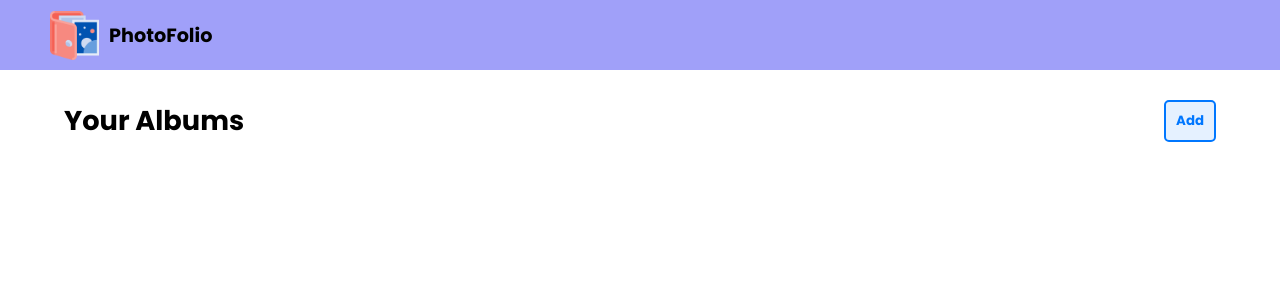
Repository: sourabhsinghyadav001/photo-folio
Page: /
These files come from the project's save history. The page is drawn as it stood at one moment and after the next save; the edit follows.
The browser window is 1280 px wide. The pictures show the whole page.
The page's requests for data from a server got no answer. The project was rebuilt for these pictures with package versions that can differ from the ones it lists, and the page was loaded fresh each time. No one was signed in, and anything a server would have sent is missing. Also part of the build but not shown: src/components/Input.module.css, src/components/Input.js.

Above is the page before, as saved 2023-05-27 21:30:41.

### src/App.js
import "./styles/global.css";
import Router from "./components/Router";
import { useSelector } from "react-redux";

function App() {
  const page = useSelector((state) => state.router);
  console.log(page);
  return <Router page={page} />;
}

export default App;

### src/store/index.js
import { createSlice, configureStore } from "@reduxjs/toolkit";
const routerSliceInitialState = { url: "HOME", album: "", image: "" };
const routerSlice = createSlice({
  name: "router",
  initialState: routerSliceInitialState,
  reducers: {
    gotoPage(state, { payload }) {
      return payload;
    },
  },
});
const gallerySlice = createSlice({
  name: "gallery",
  initialState: [],
  reducers: {
    setGallery(state, { payload }) {
      return payload;
    },
  },
});
const store = configureStore({
  reducer: {
    router: routerSlice.reducer,
    gallery: gallerySlice.reducer,
  },
});
const routerActions = routerSlice.actions;
const galleryActions = gallerySlice.actions;
export { routerActions, galleryActions, store };

### src/styles/global.css
@import url("https://fonts.googleapis.com/css2?family=Poppins:wght@700&display=swap");
* {
  margin: 0;
  padding: 0;
  font-family: "Poppins", sans-serif;
}

### src/components/Router.js
import Navbar from "./Navbar";
import Gallery from "./Gallery";
import AlbumForm from "./AlbumForm";
export default function Router({ page: { url, album, image } }) {
  switch (url) {
    case "HOME":
      return (
        <>
          <Navbar />
          <AlbumForm />
          <Gallery />
        </>
      );
  }
}

### src/components/Navbar.js
import { useDispatch } from "react-redux";
import classes from "./Navbar.module.css";
import { routerActions } from "../store";
export default function Navbar() {
  const dispatch = useDispatch();
  return (
    <div
      className={classes.container}
      onClick={() => {
        dispatch(routerActions.gotoPage("HOME"));
      }}
    >
      <img src="/logo.png" alt="PhotoFolio Logo"></img>
      <span className={classes.logo}>PhotoFolio</span>
    </div>
  );
}

### src/components/Gallery.js
import { useEffect } from "react";
import { db } from "../firebaseSettings";
import { collection, onSnapshot } from "firebase/firestore";
import { useDispatch, useSelector } from "react-redux";
import { galleryActions } from "../store";
import classes from "./Gallery.module.css";
export default function Gallery() {
  const dispatch = useDispatch();
  const gallery = useSelector((state) => state.gallery);
  useEffect(() => {
    const unsub = onSnapshot(collection(db, "PhotoFolio"), (snapshot) => {
      dispatch(
        galleryActions.setGallery(
          snapshot.docs.map((data) => ({ id: data.id, ...data.data() }))
        )
      );
    });
  }, []);
  return (
    <div className={classes.container}>
      {gallery.map((data) => (
        <div key={data.id} className={classes.albumContainer}>
          <img src="/photos.png" alt="image placeholder" />
          <span>{data.id}</span>
        </div>
      ))}
    </div>
  );
}

### src/components/AlbumForm.js
import { useState } from "react";
import classes from "./AlbumForm.module.css";
import Input from "./Input";
import Button from "./Button";
export default function AlbumForm() {
  const [isFormOpen, setIsFormOpen] = useState(false);
  return (
    <>
      {isFormOpen && <div></div>}
      <div className={classes.display}>
        <span>Your Albums</span>
        <Button>Add</Button>
      </div>
    </>
  );
}

### src/components/Navbar.module.css
.container {
  height: 70px;
  background-color: #a0a0f9;
  cursor: pointer;
  display: flex;
  align-items: center;
  gap: 10px;
  margin-bottom: 30px;
}
.container img {
  height: 70%;
  margin-left: 50px;
}

.logo {
  font-size: 1.2rem;
  font-weight: 700;
}

### src/firebaseSettings.js
import { initializeApp } from "firebase/app";
import { getFirestore } from "firebase/firestore";
const firebaseConfig = {
  apiKey: "AIzaSyDLspjq0zDto2g64XJkfoyOQW82UWVn0r4",
  authDomain: "codingninjasphotofolio.firebaseapp.com",
  projectId: "codingninjasphotofolio",
  storageBucket: "codingninjasphotofolio.appspot.com",
  messagingSenderId: "930357575917",
  appId: "1:930357575917:web:d59b69e3e900fa01000ce4",
};

const app = initializeApp(firebaseConfig);
export const db = getFirestore(app);

### src/components/Gallery.module.css
.container {
  grid-gap: 30px;
  display: grid;
  gap: 30px;
  grid-auto-flow: row;
  grid-auto-rows: 150px;
  grid-template: repeat(1, 150px) / repeat(auto-fit, minmax(150px, 0.5fr));
  margin-bottom: 100px;
  padding: 0 5%;
}
.albumContainer {
  align-items: center;
  border: 5px solid #eee;
  border-top-left-radius: 10px;
  border-top-right-radius: 10px;
  cursor: pointer;
  display: flex;
  flex-direction: column;
  height: 100%;
  justify-content: flex-end;
  margin-block: 30px;
  transition: border-color 0.3s;
  width: 100%;
}
.albumContainer:hover {
  border-color: #07f;
  color: #fff;
}
.albumContainer > img {
  margin-bottom: 30px;
  width: 50px;
}
.albumContainer > span {
  background-color: #eee;
  font-size: 1.1rem;
  font-weight: 700;
  padding-block: 5px;
  text-align: center;
  transition: 0.3s;
  width: 100%;
  z-index: -1;
}
.albumContainer:hover > span {
  background-color: #07f;
}

### src/components/AlbumForm.module.css
.display {
  display: flex;
  justify-content: space-between;
  padding: 0 5%;
  font-size: 1.7rem;
  font-weight: 700;
}

### src/components/Button.js
import classes from "./Button.module.css";
export default function Button({ variant, children }) {
  return (
    <button className={`${classes.button} ${classes[variant]}`}>
      {children}
    </button>
  );
}

### src/components/Button.module.css
.button {
  background-color: rgba(0, 119, 255, 0.1);
  border: 2px solid #07f;
  border-radius: 5px;
  color: #07f;
  cursor: pointer;
  font-weight: 700;
  outline: none;
  padding: 5px 10px;
}

Loaded but not shown: public/index.html (common file); src/index.js (common file); src/index.css (common file); src/reportWebVitals.js (common file)

After the next save:
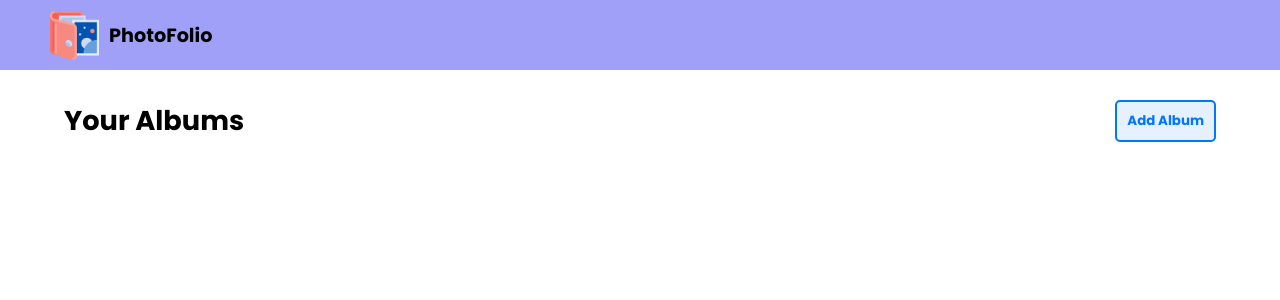
Saved 17 s later.
--- a/src/components/AlbumForm.js
+++ b/src/components/AlbumForm.js
@@ -9,7 +9,7 @@
       {isFormOpen && <div></div>}
       <div className={classes.display}>
         <span>Your Albums</span>
-        <Button>Add</Button>
+        <Button>Add Album</Button>
       </div>
     </>
   );
